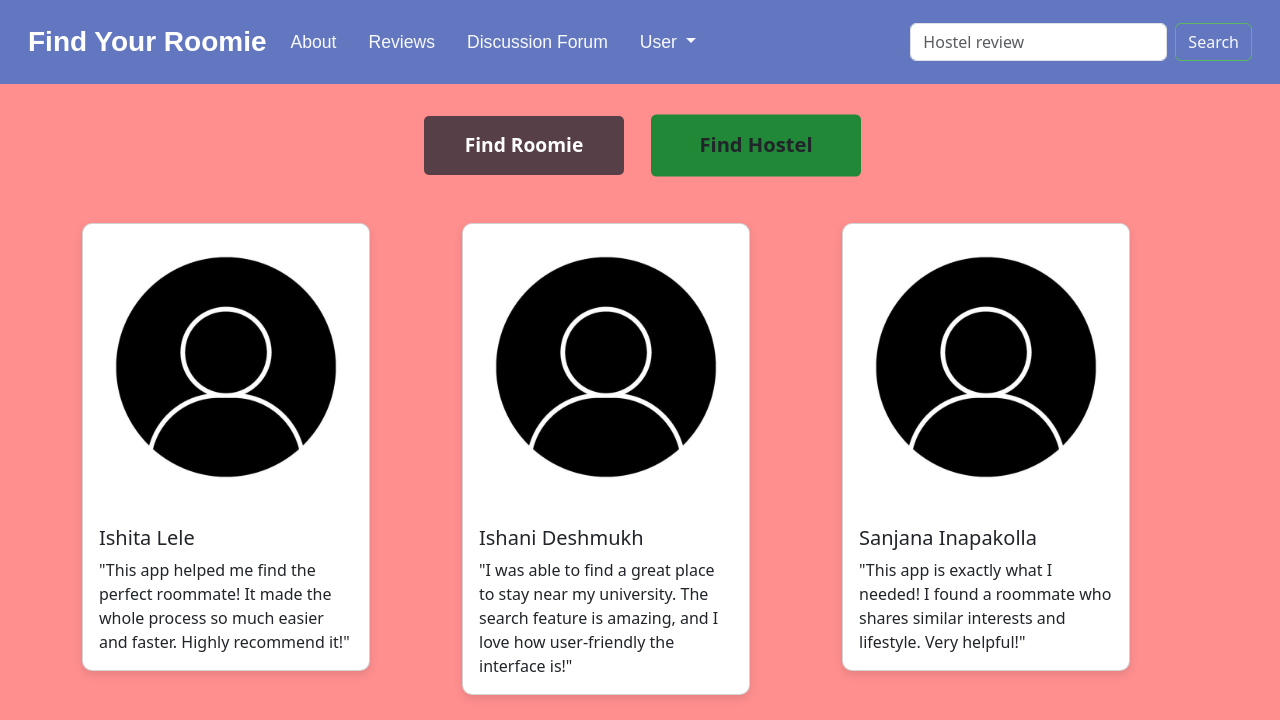
Repository: Sanjana-Inapakolla/Find-your-Roomie-website
Page: mini-project(jfst)/MiniProject/src/main/webapp/home.html
These files come from the project's save history. The page is drawn as it stood at one moment and after the next save; the edit follows.
The browser window is 1280 px wide. The pictures show the whole page.
The pointer rests on the first visible `.find-hostel`.

Above is the page before, as saved 2024-11-13 08:53:13.

### mini-project(jfst)/MiniProject/src/main/webapp/home.html
<!DOCTYPE html>
<html lang="en">
<head>
  <meta charset="ISO-8859-1">
  <title>Home Page</title>
 <link href="https://cdn.jsdelivr.net/npm/bootstrap@5.3.3/dist/css/bootstrap.min.css" rel="stylesheet" integrity="sha384-QWTKZyjpPEjISv5WaRU9OFeRpok6YctnYmDr5pNlyT2bRjXh0JMhjY6hW+ALEwIH" crossorigin="anonymous">
  <style>
    /* Navbar Styling */
    .navbar {
      background-color: #6277bf ;
      padding: 1rem;
    }

    /* Navbar Brand (Logo/Text) */
    .navbar-brand {
      color: #f8f9fa;
      font-size: 1.75rem;
      font-weight: bold;
      font-family: 'Arial', sans-serif;
      color:  #ffffff;
    }

    /* Navbar Links (Home, Reviews, Discussion Forum) */
    .navbar-nav .nav-link {
      color: #f8f9fa;
      font-size: 1.1rem;
      font-family: 'Arial', sans-serif;
      margin-right: 1rem;
      transition: color 0.3s;
    }

    /* Active Link Color */
    .navbar-nav .nav-link.active {
      color: #f8f9fa !important;
    }

    /* Hover Effect for Links (Home, Reviews, Discussion Forum) */
    .navbar-nav .nav-link:hover {
      color: #5cb85c;
    }

    /* Active Link Hover (Ensures the hover color is still applied even if it's active) */
    .navbar-nav .nav-link.active:hover {
      color: #5cb85c !important;
    }

    /* Search Button */
    .btn-outline-success {
      color: #f8f9fa;
      border-color: #5cb85c;
      transition: background-color 0.3s, color 0.3s;
    }

    /* Search Button Hover */
    .btn-outline-success:hover {
      background-color: #5cb85c;
      color: #fff;
    }

    /* Home Page Buttons Styling */
    .home-buttons {
      display: flex;
      justify-content: center;
      gap: 2rem;
      margin-top: 2rem;
    }

    .home-buttons .btn {
      font-size: 1.2rem;
      padding: 15px 30px;
      border-radius: 5px;
      font-weight: bold;
      width: 200px;
      transition: transform 0.3s;
    }

    /* Hover Effect for Buttons */
    .home-buttons .btn:hover {
      transform: scale(1.05);
    }

    .find-roomie {
      background-color: #563f46;
      color: white;
      border: none;
    }

    .find-roomie:hover {
      background-color: #0056b3;
    }

    .find-hostel {
      background-color: #563f46;
      color: white;
      border: none;
    }

    .find-hostel:hover {
      background-color: #218838;
    }

    .card {
      width: 18rem;
      border-radius: 10px;
      box-shadow: 0 4px 10px rgba(0, 0, 0, 0.1);
    }
    .card-img-top {
      border-radius: 10px 10px 0 0;
    }

    body{
      background-color: #ff8f8f;
    }
  </style>
</head>
<body>

<!-- Navbar -->
<nav class="navbar navbar-expand-lg">
  <div class="container-fluid" style="background-color: #6277bf;">
    <a class="navbar-brand" href="#">Find Your Roomie</a>
    <button class="navbar-toggler" type="button" data-bs-toggle="collapse" data-bs-target="#navbarNav" aria-controls="navbarNav" aria-expanded="false" aria-label="Toggle navigation">
      <span class="navbar-toggler-icon"></span>
    </button>
    <div class="collapse navbar-collapse" id="navbarNav">
      <ul class="navbar-nav me-auto">
        <li class="nav-item">
          <a class="nav-link active" aria-current="page" href="About.jsp">About</a>
        </li>
        <li class="nav-item">
          <a class="nav-link" href="Rating.jsp">Reviews</a>
        </li>
        <li class="nav-item">
          <a class="nav-link" href="BeforeChat">Discussion Forum</a>
        </li>
        <li class="nav-item dropdown">
          <a class="nav-link dropdown-toggle" href="#" role="button" data-bs-toggle="dropdown" aria-expanded="false">
            User
          </a>
          <ul class="dropdown-menu">
            <li><a class="dropdown-item" href="Profile">My Profile</a></li>
            <li><a class="dropdown-item" href="BeforeUpdate">Account Settings</a></li>
            <li><a class="dropdown-item" href="LogoutServlet">Logout</a></li>
          </ul>
        </li>
      </ul>

      <!-- Search Button on the Right -->
      <form class="d-flex ms-auto" action="HostelSearch">
        <input class="form-control me-2" name="hostel-search" type="search" placeholder="Hostel review" aria-label="Search">
        <button class="btn btn-outline-success" type="submit">Search</button>
      </form>
    </div>
  </div>
</nav>

<!-- Buttons for Find Roomie and Find Hostel -->
<div class="home-buttons">
  <button class="btn find-roomie" onclick="window.location.href='Match';">Find Roomie</button>
 <button class="btn find-hostel" onclick="window.location='public/HostelGeoMap.html';">Find Hostel</button>
</div>

<div class="container mt-5">
  <div class="row justify-content-center">
    <!-- Card 1 -->
    <div class="col-md-4 mb-4">
      <div class="card">
        <img src="images\profile.jpg" class="card-img-top" alt="User Image">
        <div class="card-body">
          <h5 class="card-title">Ishita Lele</h5>
          <p class="card-text">"This app helped me find the perfect roommate! It made the whole process so much easier and faster. Highly recommend it!"</p>
        </div>
      </div>
    </div>

    <!-- Card 2 -->
    <div class="col-md-4 mb-4">
      <div class="card">
        <img src="images\profile.jpg" class="card-img-top" alt="User Image">
        <div class="card-body">
          <h5 class="card-title">Ishani Deshmukh</h5>
          <p class="card-text">"I was able to find a great place to stay near my university. The search feature is amazing, and I love how user-friendly the interface is!"</p>
        </div>
      </div>
    </div>

    <!-- Card 3 -->
    <div class="col-md-4 mb-4">
      <div class="card">
        <img src="images\profile.jpg" class="card-img-top" alt="User Image">
        <div class="card-body">
          <h5 class="card-title">Sanjana Inapakolla</h5>
          <p class="card-text">"This app is exactly what I needed! I found a roommate who shares similar interests and lifestyle. Very helpful!"</p>
        </div>
      </div>
    </div>
  </div>
</div>

<!-- Bootstrap JS -->
<script src="https://cdn.jsdelivr.net/npm/bootstrap@5.3.3/dist/js/bootstrap.bundle.min.js" integrity="sha384-YvpcrYf0tY3lHB60NNkmXc5s9fDVZLESaAA55NDzOxhy9GkcIdslK1eN7N6jIeHz" crossorigin="anonymous"></script>
</body>
</html>

After the next save:
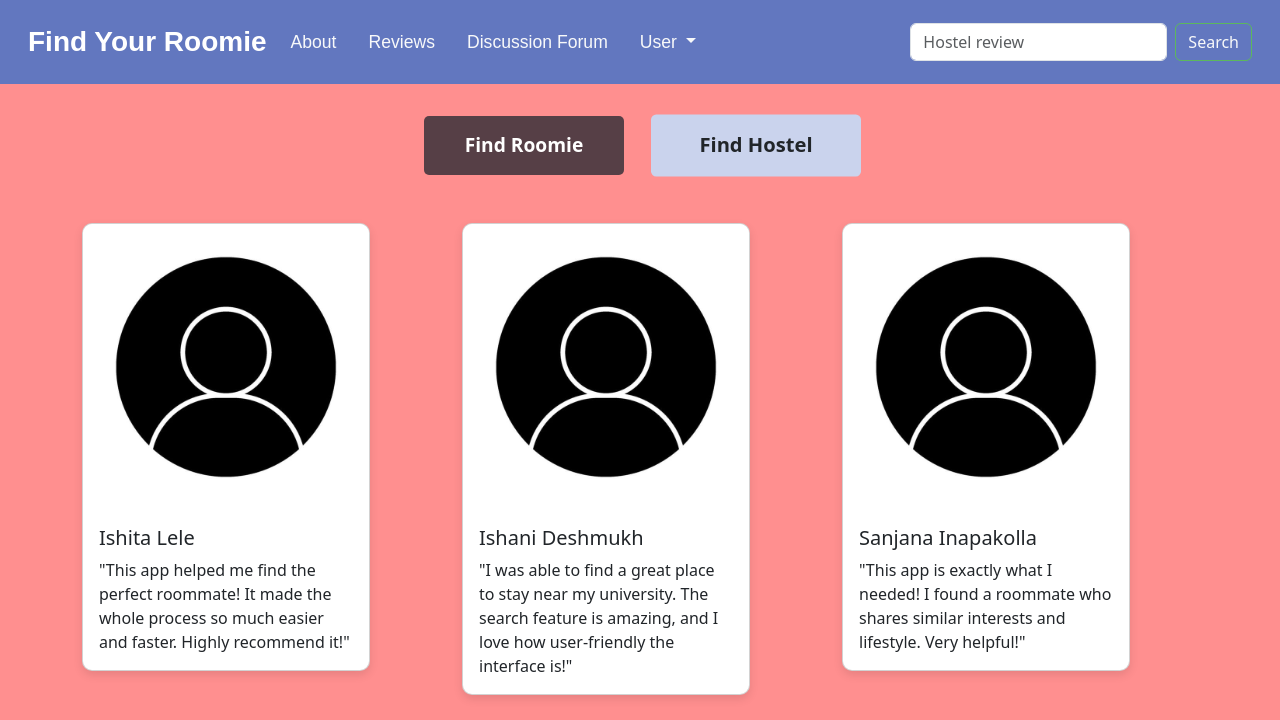
Saved 105 s later.
--- a/mini-project(jfst)/MiniProject/src/main/webapp/home.html
+++ b/mini-project(jfst)/MiniProject/src/main/webapp/home.html
@@ -96,7 +96,7 @@
     }
 
     .find-hostel:hover {
-      background-color: #218838;
+      background-color: #cad3ed;
     }
 
     .card {
